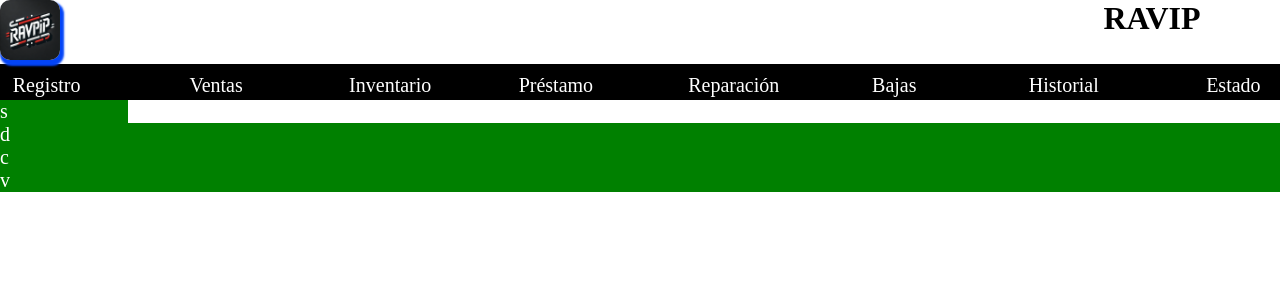
Repository: ye909/RAVPIP
Page: index.html
These files come from the project's save history. The page is drawn as it stood at one moment and after the next save; the edit follows.
The browser window is 1280 px wide. The pictures show the whole page.

Above is the page before, as saved 2025-04-03 12:55:01.

### index.html
<!DOCTYPE html>
<html lang="es">
<head>
    <meta charset="UTF-8">
    <meta name="viewport" content="width=device-width, initial-scale=1.0">
    <title>Estado</title>
    <link rel="stylesheet" href="./src/css/heder.css">
</head>
<body>

    <div class="containerTituloLogo">
        <div><img src="./src/imagenes/logo2.webp" alt="Logo" class="imglogo"></div>
        <h1>RAVIP</h1>

    </div>
    <nav>
        <ul>
            <li><a href="./src/templei/registroPortatil.html" target="_self" aria-label="Abrir Registro">Registro</a></li>
            <li><a href="./src/templei/ventasPortatil.html" target="_self" aria-label="Abrir Ventas">Ventas</a></li>
            <li><a href="">Inventario</a></li>
            <li><a href="./src/templei/prestamoPortatil.html" target="_self" aria-label="Abrir >Préstamo">Préstamo</a></li>
            <li><a href="./src/templei/reparacionPortatil.html" target="_self" aria-label="Abrir Reparación">Reparación</a></li>
            <li><a href="./src/templei/bajasPortatil.html" target="_self" aria-label="Abrir Bajas">Bajas</a></li>
            <li><a href="./src/templei/historial.html" target="_self" aria-label="Abrir Historial">Historial</a></li>
            <li><a href="" id="itemEstado"target="_self" aria-label="Abrir Estado">Estado</a></li>
        </ul>
    </nav>

       <aside>
        <div class="cajaverde">s</div>
       <div class="sudmenu">
        <div>d</div>
        <div>c</div>
        <div></div>
        <div>v</div>
       </div>
       </aside>
       <section>

       </section>
<!--


    <div class="containerProgreso" id="containerProgreso">
        <div class="subcontainerProgreso"><p id="contadorProgreso1"><span class="tituloProceso">Historial</span> <br> 0%</p></div>
        <div class="subcontainerProgreso"><p id="contadorProgreso2"><span class="tituloProceso">Reparado</span> <br> 0%</p></div>
        <div class="subcontainerProgreso"><p id="contadorProgreso3"><span class="tituloProceso">Nuevo</span> <br> 0%</p></div>
        <div class="subcontainerProgreso"><p id="contadorProgreso4"><span class="tituloProceso">Disponible</span> <br> 0%</p></div>
        <div class="subcontainerProgreso"><p id="contadorProgreso5"><span class="tituloProceso">Stock</span> <br> 0%</p></div>
    </div>

    <div>
        <aside>
<div>color verde</div>

        </aside>
    </div> -->
    <script src="./src/js/heder.js"></script>
</body>
</html>

### src/css/heder.css
*{
  margin: 0;
  padding: 0;
  background-attachment: fixed;
  background-size: cover;
  transition:0.6 ;
}
.containerTituloLogo {
  display: flex;
  justify-content: space-between;
}
.containerTituloLogo h1 {
  font-size: clamp(2rem, 6vw ,2rem );
  text-align: center;
  flex-grow: 1;

}
.containerTituloLogo img{
width: min(60px, 100%);
border-radius:10px ;
box-shadow: 2px 4px 2px 2px rgb(3, 68, 247);
}
nav{
  width: 100%;
  background:black;
  height: 5vh;

}
ul{
  display: flex;
  justify-content: space-between;
  text-align: center;
  flex-flow: row;
  flex-wrap: wrap;
  padding: 10px;
  list-style: none;
}
li{
  width: 5.8%;
  height: 3.8vh;
}
li:hover{
  background:rgb(3, 151, 3);

}
 a{
  text-decoration: none;
  font-size: 20px;;
  color:white;
}
aside{
  font-size: 20px;
  color:white;
}
:is(.colormenu,.cajaverde){
  width: 10%;
}

:is(.sudmenu,.cajaverde){
  background:green;
}

.colormenu{
  background:black;

}
/*


header {
    background-color: #f8f9fa;
    padding: 5px;
    border-bottom: 1px solid #dddddd;
    display: flex;
    flex-direction: column;
    align-items: center;
    gap: 10px;
}


.containerTituloLogo,.containerProgreso{
    display: flex;
    justify-content: center;
    align-items: center;
    gap: 20px;
    flex-wrap: wrap;
    width: 100%;
    padding: 20px;
}
.imglogo {
    object-fit: cover;
    width: 70px;
    height: auto;
    flex-shrink: 0;
    border-radius: 6px;
}

nav ul {
    display: flex;
    justify-content: center;
    gap: 15px;
    list-style: none;
    padding: 0;
    margin: 0;
    flex-wrap: wrap;
}

nav ul li {

    padding: 5px 10px;
    cursor: pointer;
}
a{
    text-decoration: none;
}
a:hover{
    border-bottom:black 2px solid;
}
.containerProgreso{


    display: none;
}

 .containerProgreso p {
    text-align: center;
    font-size: clamp(0.7rem, 7vw ,0.7rem );
    font-weight: bolder;
}

 .subcontainerProgreso{
    width: 4%;
    height: 7vh;
    background: rgb(254, 251, 251);
    padding: 10px;
    border-radius: 80px;
 box-shadow: 1px 1px 1px 1px black;
    border-top: 2px solid #0817f5;
    border-left: 2px solid #1bf806;
} */
<<<<<<< HEAD

  /* Estilo general
  body {
    font-family: 'Arial', sans-serif;
    background-color: #f4f4f4;
    color: #333;
  }

  Estilo de la cabecera
  header {
    background-color: #333;
    color: white;
    padding: 20px 0;
    display: flex;
    justify-content: space-between;
    align-items: center;
    padding: 10px 20px;
  }

  header .logo h1 {
    font-size: 30px;
  }

  header nav ul {
    list-style: none;
    display: flex;
    gap: 20px;
  }

  header nav ul li a {
    text-decoration: none;
    color: white;
    font-weight: bold;
  }

  Estilo de la sección de tarjetas
  .product-cards {
    padding: 50px 20px;
    text-align: center;
    background-color: #fff;
  }

  .product-cards h2 {
    margin-bottom: 30px;
    font-size: 28px;
  }

  .cards-container {
    display: grid;
    grid-template-columns: repeat(auto-fill, minmax(250px, 1fr));
    gap: 20px;
    justify-items: center;
  }

  .card {
    background-color: #fff;
    border-radius: 10px;
    box-shadow: 0 2px 10px rgba(0, 0, 0, 0.1);
    overflow: hidden;
    width: 300px;
    text-align: center;
    padding: 20px;
  }

  .card img {
    width: 100%;
    height: auto;
    border-radius: 10px;
  }

  .card h3 {
    margin: 15px 0;
    font-size: 22px;
  }

  .card p {
    font-size: 16px;
    margin-bottom: 20px;
  }

  .card button {
    background-color: #333;
    color: white;
    border: none;
    padding: 10px 20px;
    font-size: 16px;
    cursor: pointer;
    border-radius: 5px;
  }

  .card button:hover {
    background-color: #555;
  }

  /* Estilo de pie de página
  footer {
    background-color: #333;
    color: white;
    padding: 20px;
    text-align: center;
  }



.card img{
  object-fit: cover;
  width: min(100px,80%);
}
footer{
    display: flex;

}
.footer-content p {
    font-size: clamp(0.5m, 1vw, 0.6rem);
  }
=======

>>>>>>> alexcasa

### src/js/heder.js




// const itemEstado=document.getElementById('itemEstado');
// const containerProgreso=document.getElementById('containerProgreso');


// itemEstado.addEventListener('click',(e)=>{
//     e.preventDefault();
//     containerProgreso.style.display='inline';
//     containerProgreso.style.display='flex';
// });


// // Si deseas agregar una funcionalidad adicional como redirigir al usuario al hacer clic en los botones, puedes usar este código.

// const buttons = document.querySelectorAll('.card button');

// buttons.forEach(button => {
//   button.addEventListener('click', () => {
//     alert('Serás redirigido a la página del producto.');
//     // Aquí puedes redirigir al usuario a la página del producto
//     // window.location.href = 'producto.html'; // Por ejemplo
//   });
// });

After the next save:
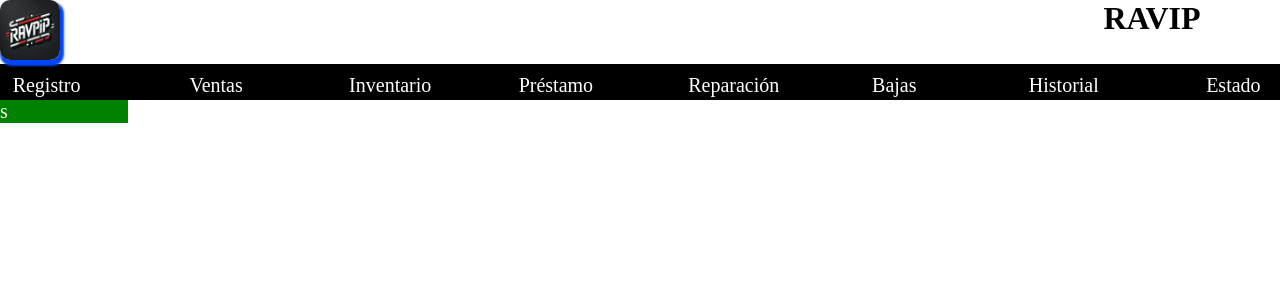
Saved 103 s later.
--- a/src/css/heder.css
+++ b/src/css/heder.css
@@ -56,10 +56,10 @@
   width: 10%;
 }
 
-:is(.sudmenu,.cajaverde){
+.cajaverde{
+
   background:green;
 }
-
 .colormenu{
   background:black;
 
